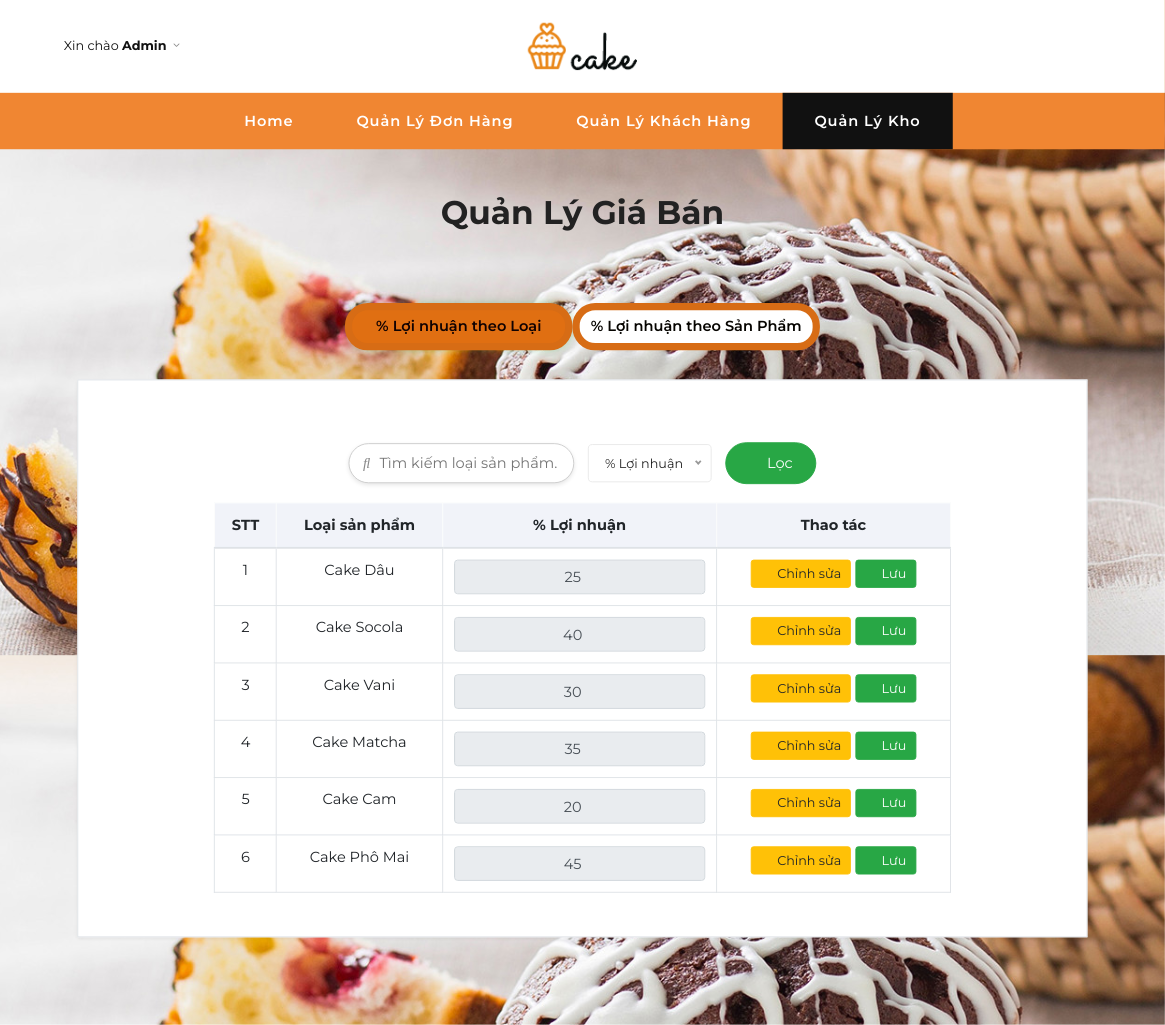
Repository: nhanto2n-byte/Nhom10ChieuThu3
Page: ProjectWeb/cake-main/admin_selling.html
An editor plug-in stored every save of this project. The page is shown before and after the next save, followed by the edit.
The browser window is 1280 px wide. The pictures show the whole page, at 91% of full size.
Backgrounds fixed to the window are drawn as part of the page.

Above is the page before, as saved 2025-11-04 11:18:08.

After the next save:
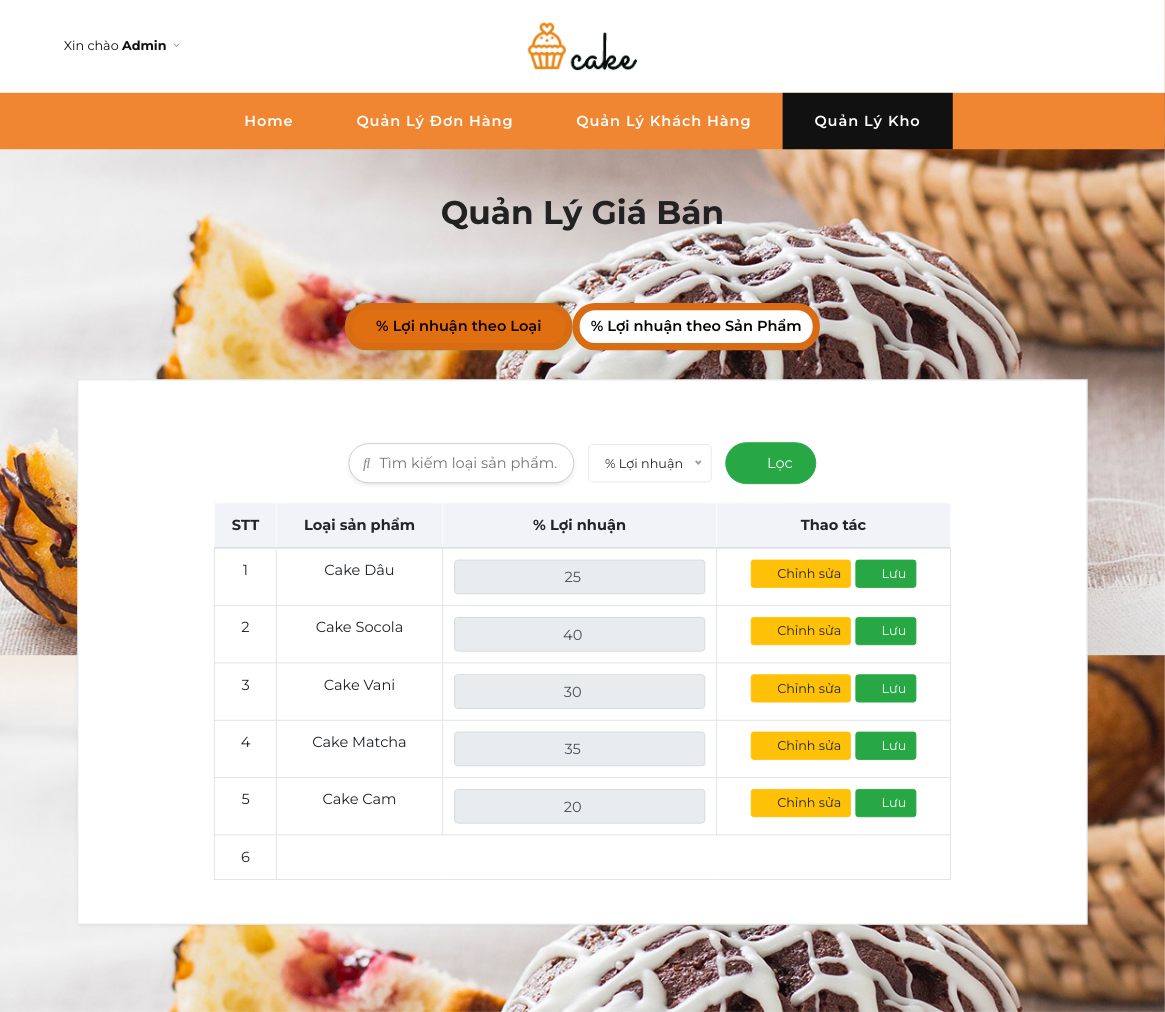
Saved 24 s later.
--- a/ProjectWeb/cake-main/admin_selling.html
+++ b/ProjectWeb/cake-main/admin_selling.html
@@ -367,15 +367,7 @@
 
       <tr>
         <td>6</td>
-        <td>Cake Phô Mai</td>
-        <td><input type="number" class="form-control" value="45" readonly /></td>
-        <td>
-          <button class="btn btn-warning btn-sm">
-            <i class="fas fa-edit"></i> Chỉnh sửa
-          </button>
-          <button class="btn btn-success btn-sm">
-            <i class="fas fa-save"></i> Lưu
-          </button>
+
         </td>
       </tr>
     </tbody>
